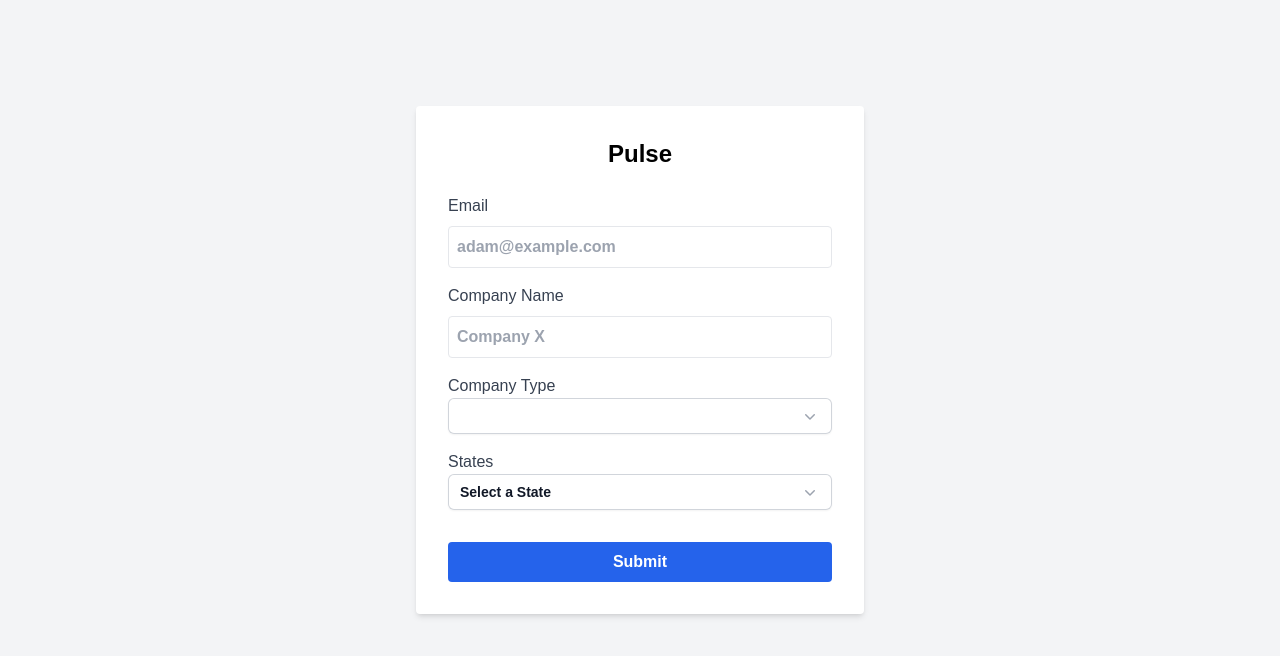
Repository: e-ndorfin/newhacks-2024
Page: / (app in pulse_site/)
An editor plug-in stored every save of this project. The page is shown before and after the next save, followed by the edit.
The browser window is 1280 px wide. The pictures show the whole page.
The project was rebuilt for these pictures with package versions that can differ from the ones it lists, and the page was loaded fresh each time. The framework's server and built-in components were replaced by stand-ins that run in the browser. Also part of the build but not shown: pulse_site/next.config.mjs.

Above is the page before, as saved 2024-10-26 21:25:01.

After the next save:
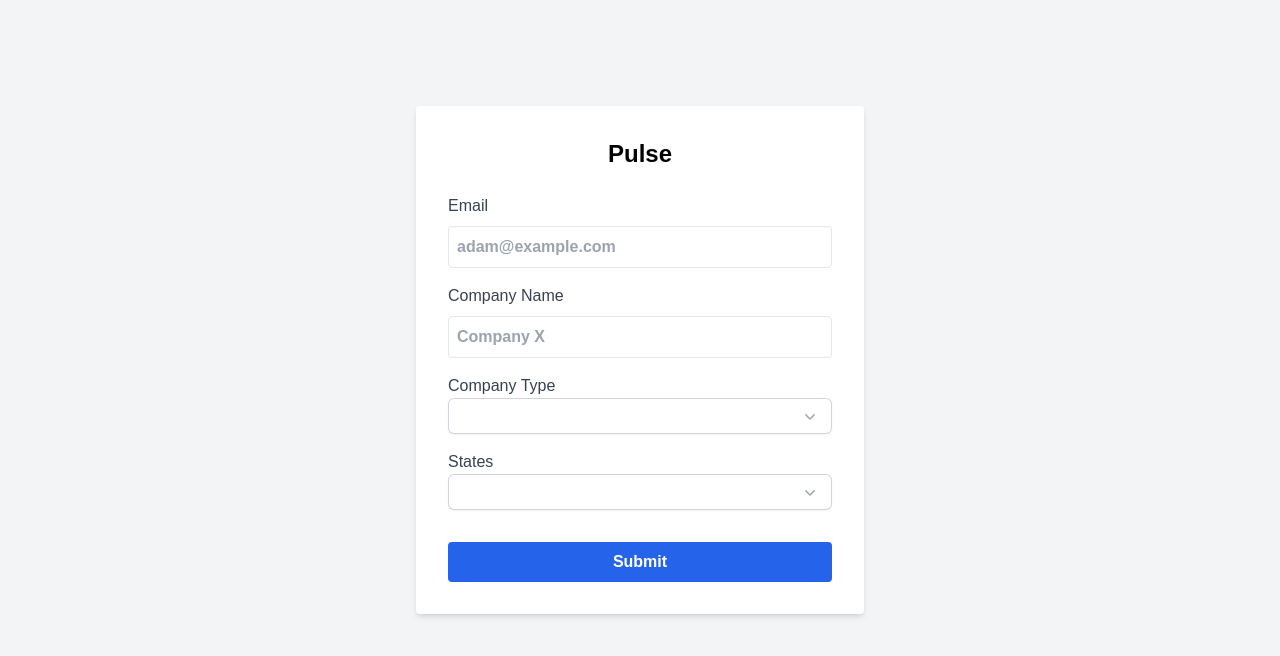
Saved 38 s later.
--- a/pulse_site/app/page.js
+++ b/pulse_site/app/page.js
@@ -187,7 +187,7 @@
               aria-haspopup="true"
               onClick={() => setIsStateOpen((prev) => !prev)} // Toggle states dropdown
             >
-              <span className="flex-grow text-left">{state ? states[state] : "Select a State"}</span>
+              <span className="flex-grow text-left">{state ? states[state] : ""}</span>
               <svg
                 className="h-5 w-5 text-gray-400"
                 viewBox="0 0 20 20"

After the 2 saves that followed:
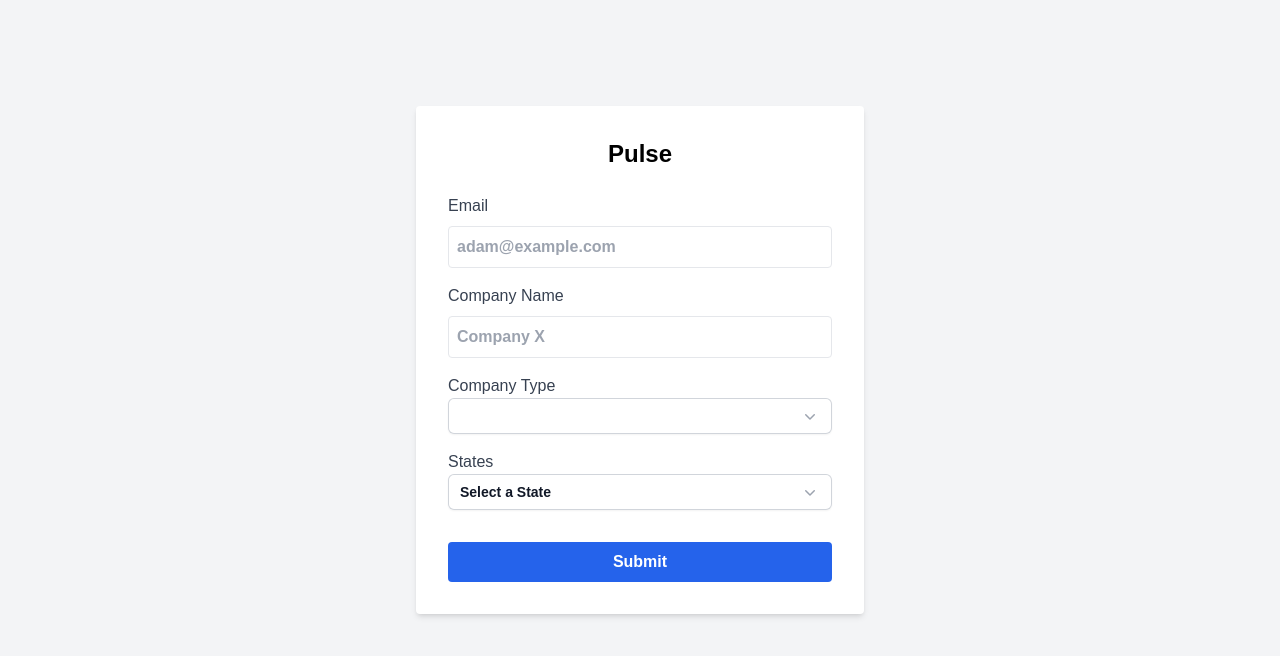
The 2 saves are shown as one change because 1 did not build or start.
The last was saved 8 min 36 s later.
--- a/pulse_site/app/page.js
+++ b/pulse_site/app/page.js
@@ -187,7 +187,7 @@
               aria-haspopup="true"
               onClick={() => setIsStateOpen((prev) => !prev)} // Toggle states dropdown
             >
-              <span className="flex-grow text-left">{state ? states[state] : ""}</span>
+              <span className="flex-grow text-left">{state ? states[state] : "Select a State"}</span>
               <svg
                 className="h-5 w-5 text-gray-400"
                 viewBox="0 0 20 20"
@@ -204,7 +204,7 @@
 
             {isStateOpen && (
               <div
-                className="absolute left-0 z-10 mt-2 w-56 origin-top-left divide-y divide-gray-100 rounded-md bg-white shadow-lg ring-1 ring-black ring-opacity-5 focus:outline-none max-h-40 overflow-y-auto" // Reduced max height for scrolling
+                className="absolute left-0 z-10 mt-2 w-56 origin-top-left divide-y divide-gray-100 rounded-md bg-white shadow-lg ring-1 ring-black ring-opacity-5 focus:outline-none"
                 role="menu"
                 aria-orientation="vertical"
                 aria-labelledby="menu-button"
@@ -223,7 +223,6 @@
                 </div>
               </div>
             )}
-
           </div>
         </div>
 
